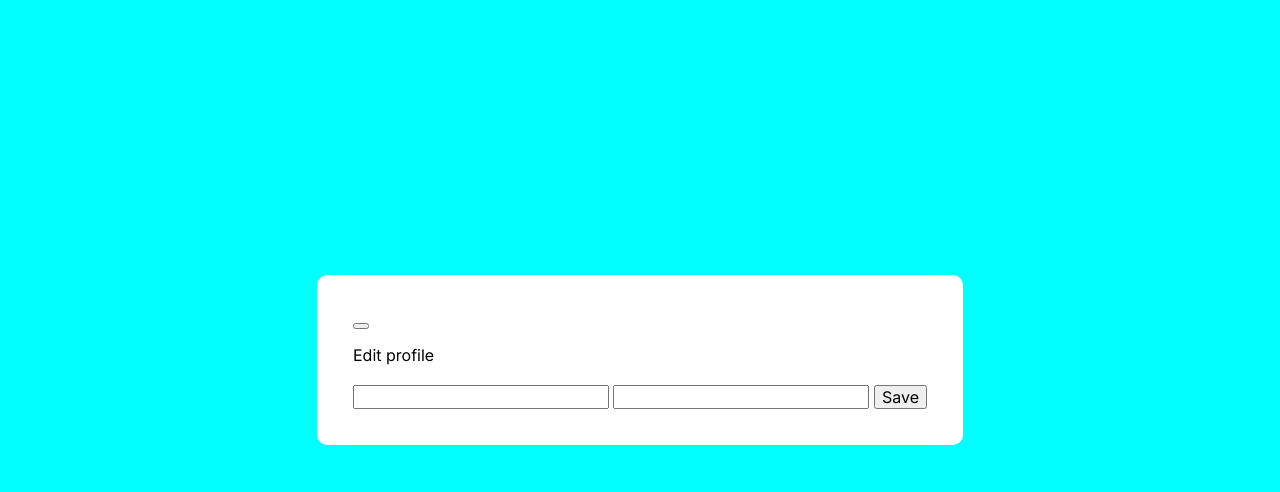
Repository: luisbaezx/se_project_aroundtheus
Page: index.html
The author's editor kept a copy of each file at every save. The page is drawn from the files as they stood at one save, then again after the next save.
The browser window is 1280 px wide. The pictures show the window.
A layer covers the whole window, so only the first screen is drawn.

Above is the page before, as saved 2024-09-15 14:54:54.

### index.html
<!DOCTYPE html>
<html lang="en">
  <head>
    <meta charset="UTF-8" />
    <meta name="viewport" content="width=device-width, initial-scale=1" />
    <title>Around the U.S</title>
    <meta name="author" content="Luis Baez" />
    <link rel="stylesheet" href="pages/index.css" />
  </head>
  <body class="page">
    <div class="page__content">
      <header class="header page__section">
        <img
          src="./images/logo.svg"
          alt="Around the U.S. Logo"
          class="header__image"
        />
      </header>
      <main class="content">
        <section class="profile page__section">
          <img
            src="./images/jacques-cousteau.jpg"
            alt="Avatar"
            class="profile__image"
          />
          <div class="profile__info">
            <h1 class="profile__title">Jacques Cousteau</h1>
            <button class="profile__edit-button" type="button"></button>
            <p class="profile__description">Explorer</p>
          </div>
          <button class="profile__add-button" type="button"></button>
        </section>
        <section class="cards page__section">
          <ul class="cards__list">
            <li class="card">
              <img
                src="./images/yosemite.jpg"
                alt="Yosemite"
                class="card__image"
              />
              <div class="card__description">
                <h2 class="card__title">Yosemite Valley</h2>
                <button class="card__like-button" type="button"></button>
              </div>
            </li>
            <li class="card">
              <img
                src="./images/lake-louise.jpg"
                alt="Lake Louise"
                class="card__image"
              />
              <div class="card__description">
                <h2 class="card__title">Lake Louise</h2>
                <button class="card__like-button" type="button"></button>
              </div>
            </li>
            <li class="card">
              <img
                src="./images/bald-mountains.jpg"
                alt="Bald Mountains"
                class="card__image"
              />
              <div class="card__description">
                <h2 class="card__title">Bald Mountains</h2>
                <button class="card__like-button" type="button"></button>
              </div>
            </li>
            <li class="card">
              <img
                src="./images/latemar.jpg"
                alt="Laterman"
                class="card__image"
              />
              <div class="card__description">
                <h2 class="card__title">Latemar</h2>
                <button class="card__like-button" type="button"></button>
              </div>
            </li>
            <li class="card">
              <img
                src="./images/vanoise.jpg"
                alt="Vanoise"
                class="card__image"
              />
              <div class="card__description">
                <h2 class="card__title">Vanoise National Park</h2>
                <button class="card__like-button" type="button"></button>
              </div>
            </li>
            <li class="card">
              <img src="./images/lago.jpg" alt="Lago" class="card__image" />
              <div class="card__description">
                <h2 class="card__title">Lago di Braies</h2>
                <button class="card__like-button" type="button"></button>
              </div>
            </li>
          </ul>
        </section>
      </main>
      <footer class="footer">
        <p class="footer__copyright">&copy; 2024 Around The U.S.</p>
      </footer>
    </div>
    <div class="modal">
      <div class="modal__container">
        <button class="modal__close"></button>
        <p class="modal__heading">Edit profile</p>
        <form class="modal__form">
          <input type="text" name="title" />
          <input type="text" name="description" />
          <button class="modal__button">Save</button>
        </form>
      </div>
    </div>
    <script src="./scripts/index.js"></script>
  </body>
</html>

### pages/index.css
@import url("../vendor/normalize.css");
@import url("../vendor/fonts.css");
@import url("../blocks/page.css");
@import url("../blocks/header.css");
@import url("../blocks/profile.css");
@import url("../blocks/cards.css");
@import url("../blocks/card.css");
@import url("../blocks/footer.css");
@import url("../blocks/modal.css");

### blocks/page.css
.page {
  font-family: Inter, Arial, Helvetica, sans-serif;
  background-color: black;
  color: white;
}

.page__section {
  max-width: 880px;
  width: 100%;
  position: relative;
  margin: 0 auto;
}

.page__content {
  display: flex;
  flex-direction: column;
  min-height: 100vh;
  padding: 0 20px;
}
@media screen and (max-width: 450px) {
  .page__section {
    max-width: none;
  }
}

### blocks/header.css
.header {
  margin-top: 45px;
  border-width: 880px;
  border-bottom: 1px solid rgba(84, 84, 84, 0.7);
  padding-bottom: 41px;
}

.header__image {
  width: 173px;
  height: 33px;
}
@media screen and (max-width: 450px) {
  .header {
    margin-top: 28px;
    padding-bottom: 28px;
  }

  .header__image {
    width: 126px;
    height: 24px;
  }
}

### blocks/profile.css
.profile {
  display: flex;
  align-items: center;
  padding-top: 40px;
  min-width: 282px;
}

.profile__info {
  display: grid;
  grid-template-areas:
    "title button"
    "description description";
  grid-template-columns: minmax(auto, 375px) auto;
  margin-right: 12px;
  align-items: center;
  gap: 15px;
}

.profile__edit-button {
  background: transparent url(../images/edit-icon.svg) center no-repeat;
  height: 24px;
  width: 24px;
  grid-area: button;
  border: 1px white solid;
  white-space: nowrap;
  overflow: hidden;
}

.profile__edit-button:hover {
  opacity: 0.6;
  cursor: pointer;
}

.profile__add-button {
  background: transparent url(../images/add-icon.svg) center no-repeat;
  width: 150px;
  height: 50px;
  margin-left: auto;
  border: 2px white solid;
  border-radius: 2px;
  transition: opacity 0.3s ease-in;
}

.profile__add-button:hover {
  opacity: 0.6;
  cursor: pointer;
}
.profile__title {
  font-size: 42px;
  line-height: 48px;
  font-weight: 500;
  grid-area: title;
  margin: 0;
  text-overflow: ellipsis;
  white-space: nowrap;
  overflow: hidden;
}

.profile__description {
  font-size: 18px;
  line-height: 22px;
  font-weight: 400;
  grid-area: description;
  margin: 0;
  text-overflow: ellipsis;
  white-space: nowrap;
  overflow: hidden;
  max-width: 370px;
}

.profile__image {
  height: 120px;
  width: 120px;
  border-radius: 50%;
  object-fit: cover;
  object-position: center;
  margin-right: 24px;
}

@media screen and (max-width: 770px) {
  .profile {
    flex-direction: column;
  }

  .profile__info {
    display: flex;
    flex-wrap: wrap;
    justify-content: center;
    width: 100%;
  }

  .profile__description {
    width: 100%;
    text-align: center;
    margin-bottom: 40px;
  }

  .profile__add-button {
    margin: 0;
    width: 80%;
  }
}

@media screen and (max-width: 450px) {
  .profile {
    justify-content: space-around;
    padding-top: 42;
  }
  .profile__title {
    font-size: 22px;
  }

  .profile__description {
    font-size: 14px;
    line-height: 16.94px;
    margin-bottom: 36px;
  }

  .profile__edit-button {
    width: 18px;
    height: 18px;
    display: flex;
    justify-content: flex-end;
  }

  .profile__add-button {
    width: 282px;
  }

  .profile__image {
    margin: 0;
    min-width: auto;
  }
}

### blocks/cards.css
.cards {
  margin-top: 30px;
  border-radius: 10px;
}

.card__list {
  display: grid;
  justify-content: center;
  grid-template-columns: repeat(auto-fit, 282px);
  grid-gap: 20px 17px;
  padding: 0;
  margin: 0;
}

.card {
  display: flex;
  flex-direction: column;
  list-style: none;
  border-radius: 10px;
  overflow: hidden;
}

.card__image {
  width: 282px;
  height: 282px;
}

.card__title {
  max-width: 220px;
  font-size: 24px;
  font-weight: 900;
  line-height: 29px;
  text-overflow: ellipsis;
  white-space: nowrap;
  overflow: hidden;
  margin: 0;
}

.card__description {
  display: flex;
  background-color: white;
  color: black;
  padding-top: 25px;
  padding-bottom: 25px;
  padding-left: 20px;
  padding-right: 20px;
  align-items: center;
  justify-content: space-between;
}

.card__like-button {
  background: transparent url(../images/like-inactive.svg) center no-repeat;
  width: 21px;
  height: 18px;
  border: none;
  transition: opacity 0.3s ease;
}

.card__like-button:hover {
  opacity: 0.5;
}

### blocks/card.css
.card {
  display: flex;
  flex-direction: column;
  list-style: none;
  border-radius: 10px;
  overflow: hidden;
}

.card__image {
  width: 282px;
  height: 282px;
}

.card__title {
  max-width: 220px;
  font-size: 24px;
  font-weight: 900;
  line-height: 29px;
  text-overflow: ellipsis;
  white-space: nowrap;
  overflow: hidden;
  margin: 0;
}

.card__description {
  display: flex;
  background-color: white;
  color: black;
  padding-top: 25px;
  padding-bottom: 25px;
  padding-left: 20px;
  padding-right: 20px;
  align-items: center;
  justify-content: space-between;
}

.card__like-button {
  background: transparent url(../images/like-active.svg) center no-repeat;
  width: 21px;
  height: 18px;
  border: none;
  transition: opacity 0.3s ease-in;
}

.card__like-button:hover {
  opacity: 0.5;
  cursor: pointer;
}

### blocks/footer.css
.footer {
  width: 100%;
  max-width: 880px;
  margin: 0 auto;
  text-align: left;
}

.footer__copyright {
  color: #545454;
  margin-left: auto;
  margin-right: auto;
  margin-top: 67px;
}

@media screen and (max-width: 600px) {
  .footer {
    max-width: 282px;
  }

  .footer__copyright {
    font-size: 14px;
    margin-top: 40px;
    margin-bottom: 36px;
  }
}

### blocks/modal.css
.modal {
  position: fixed;
  top: 0;
  left: 0;
  bottom: 0;
  right: 0;
  background-color: aqua;
  z-index: 999;
  display: flex;
}

.modal__container {
  background-color: #fff;
  margin: auto;
  padding: 36px;
  border-radius: 10px;
}

.modal__heading {
  color: black;
  width: 330px;
  height: 23px;
  top: 229px;
  left: 461px;
  gap: 0px;
  opacity: 0px;
}

### scripts/index.js
const initialCards = [
  {
    name: "Yosimite Valley",
    link: "https://practicum-content.s3.us-west-1.amazonaws.com/software-engineer/around-project/yosemite.jpg",
  },
  {
    name: "Lake Louise",
    link: "https://practicum-content.s3.us-west-1.amazonaws.com/software-engineer/around-project/lake-louise.jpg",
  },
  {
    name: "Bald Mountains",
    link: "https://practicum-content.s3.us-west-1.amazonaws.com/software-engineer/around-project/bald-mountains.jpg",
  },
  {
    name: "Latemar",
    link: "https://practicum-content.s3.us-west-1.amazonaws.com/software-engineer/around-project/latemar.jpg",
  },
  {
    name: "Vanoise National Park",
    link: "https://practicum-content.s3.us-west-1.amazonaws.com/software-engineer/around-project/vanoise.jpg",
  },
  {
    name: "Lago di Braies",
    link: "https://practicum-content.s3.us-west-1.amazonaws.com/software-engineer/around-project/lago.jpg",
  },
];

console.log(initialCards);

Loaded but not shown: vendor/normalize.css (library); vendor/fonts.css (common file)

After the next save:
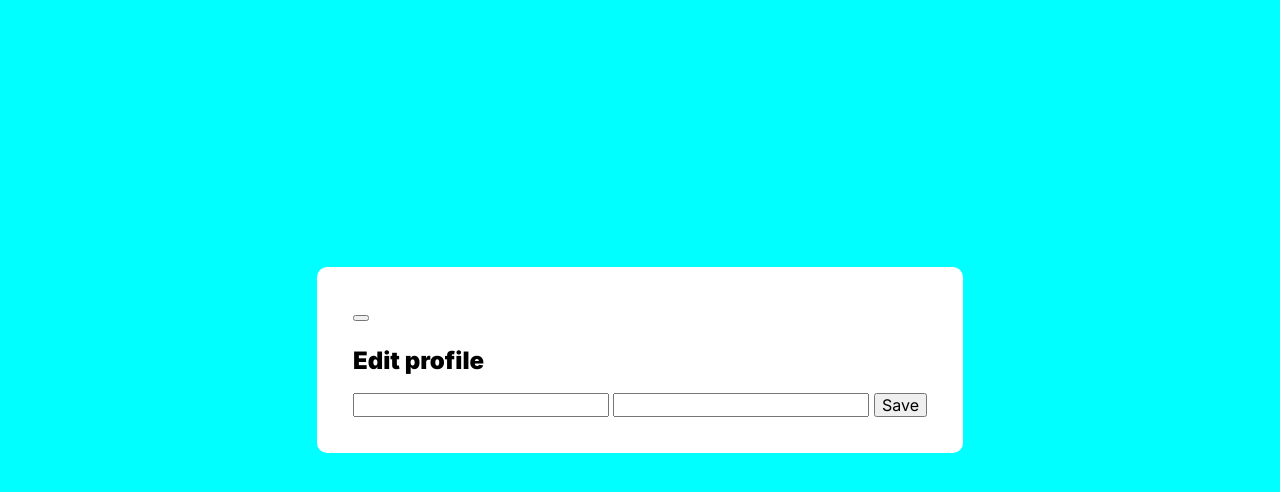
Saved 35 s later.
--- a/blocks/modal.css
+++ b/blocks/modal.css
@@ -24,4 +24,9 @@
   left: 461px;
   gap: 0px;
   opacity: 0px;
+  font-family: Inter;
+  font-size: 24px;
+  font-weight: 900;
+  line-height: 29.05px;
+  text-align: left;
 }
